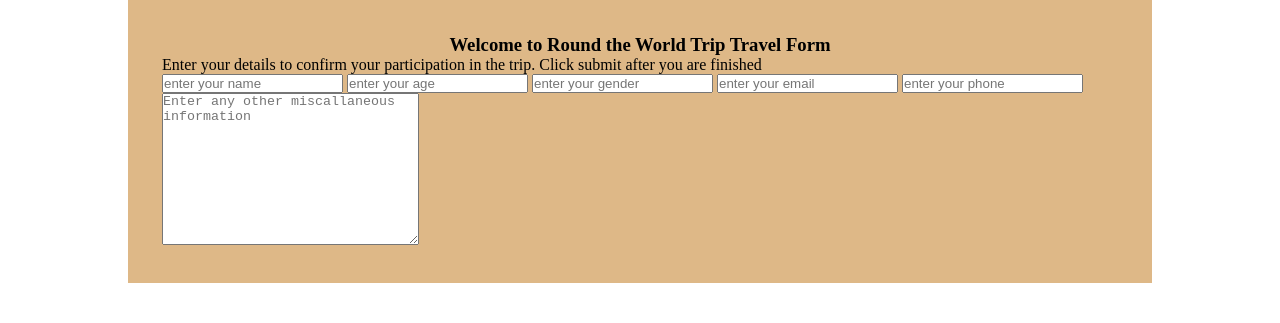
Repository: AvinashLikesToLearnNewStuff/TravelForm
Page: index.html
An editor plug-in stored every save of this project. The page is shown before and after the next save, followed by the edit.
The browser window is 1280 px wide. The pictures show the whole page.

Above is the page before, as saved 2023-03-18 16:43:20.
Console error: SyntaxError: Unexpected token '<'

### index.html
<!DOCTYPE html>
<html lang="en">
  <head>
    <meta charset="UTF-8" />
    <meta http-equiv="X-UA-Compatible" content="IE=edge" />
    <meta name="viewport" content="width=device-width, initial-scale=1.0" />
    <title>Travel to new places</title>
    <link rel="stylesheet" href="style.css" />
  </head>
  <body>
    <div class="container">
      <h3>Welcome to Round the World Trip Travel Form</h3>
      <p>
        Enter your details to confirm your participation in the trip. Click
        submit after you are finished
      </p>

      <form action="index.php" method="post">
        <input
          type="text"
          name="name"
          id="name"
          placeholder="enter your name"
        />

        <input type="text" name="age" id="age" placeholder="enter your age" />

        <input
          type="text"
          name="gender"
          id="gender"
          placeholder="enter your gender"
        />

        <input
          type="email"
          name="email"
          id="email"
          placeholder="enter your email"
        />

        <input
          type="phone"
          name="phone"
          id="phone"
          placeholder="enter your phone"
        />

        <textarea
          name="desc"
          id="desc"
          cols="30"
          rows="10"
          placeholder="Enter any other miscallaneous information"
        ></textarea>
      </form>
    </div>
    <script src="index.js"></script>
  </body>
</html>

### style.css
* {
    margin: 0px;
    padding: 0px;
    box-sizing: border-box;
}

.container {
    max-width: 80%;
    background-color: burlywood;
    padding: 34px;
    margin: auto;
}

.container h3 {
    text-align: center;
    margin: auto;
}

### index.js
<tab>i

After the next save:
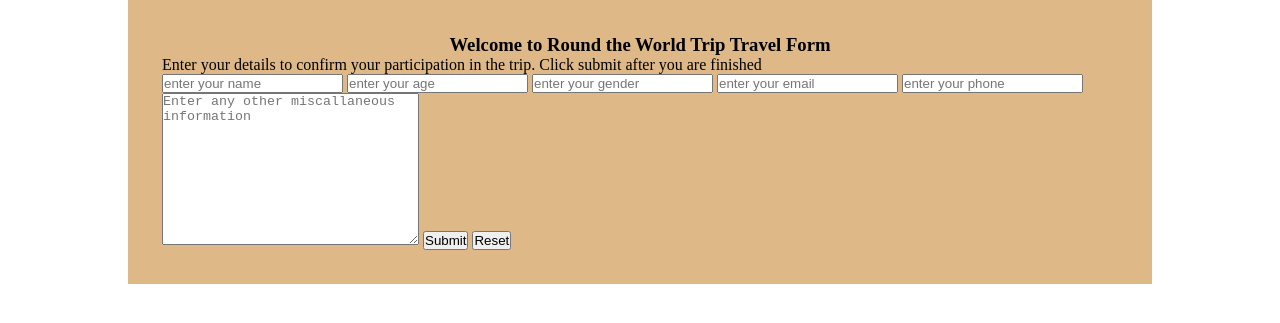
Saved 6 min 46 s later.
--- a/index.html
+++ b/index.html
@@ -53,6 +53,8 @@
           rows="10"
           placeholder="Enter any other miscallaneous information"
         ></textarea>
+        <button class="btn">Submit</button>
+        <button type="reset">Reset</button>
       </form>
     </div>
     <script src="index.js"></script>
